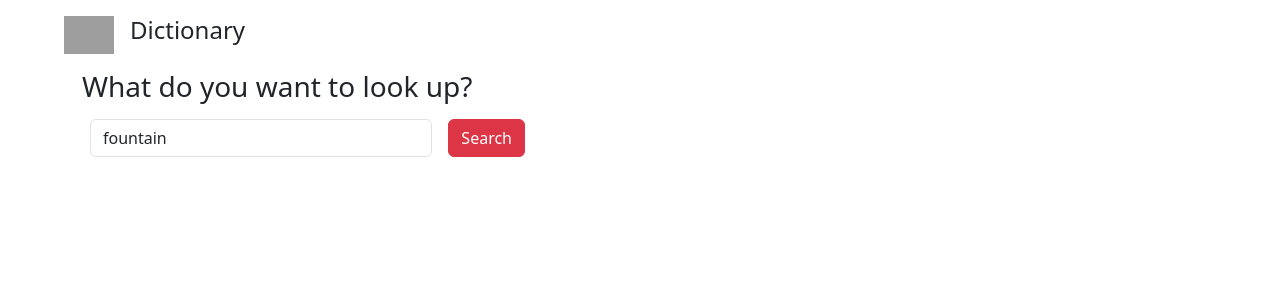
Repository: moehaymanmyint/react-dictionary-app
Page: /
An editor plug-in stored every save of this project. The page is shown before and after the next save, followed by the edit.
The browser window is 1280 px wide. The pictures show the whole page.
Pictures or frames that could not be fetched are drawn as grey boxes. The page's requests for data from a server got no answer. The project was rebuilt for these pictures with package versions that can differ from the ones it lists, and the page was loaded fresh each time. No one was signed in, and anything a server would have sent is missing. Also part of the build but not shown: src/Meaning.js, src/Result.js.

Above is the page before, as saved 2024-08-28 11:32:02.

After the next save:
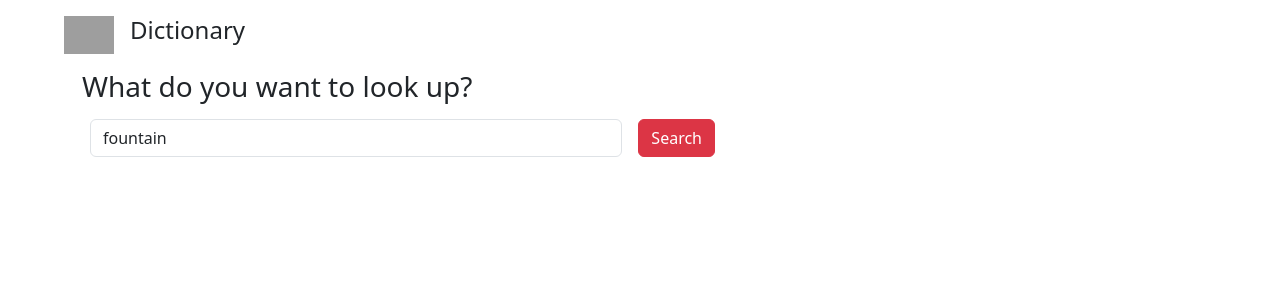
Saved 2 min 28 s later.
--- a/src/Search.js
+++ b/src/Search.js
@@ -32,16 +32,17 @@ export default function Search(){
         <div className="Content">
             <h3>What do you want to look up?</h3>
             <div className="row d-flex">
-                <div className="col-5">
+                <div className="col-7">
                     <form onSubmit={handleSubmit} className="d-flex">
                         <input type="search" className="form form-control m-2" value={word} onChange={updateWord}/>
                         <input type="submit" value="Search" className="btn btn-danger m-2"/>
                     </form>
-                </div>
-                <div className="col-7">
                     <div className="meaning">
                         <Result result={result} word={word}/>
                     </div>
+                </div>
+                <div className="col-5">
+
                 </div>
             </div>
         </div>
